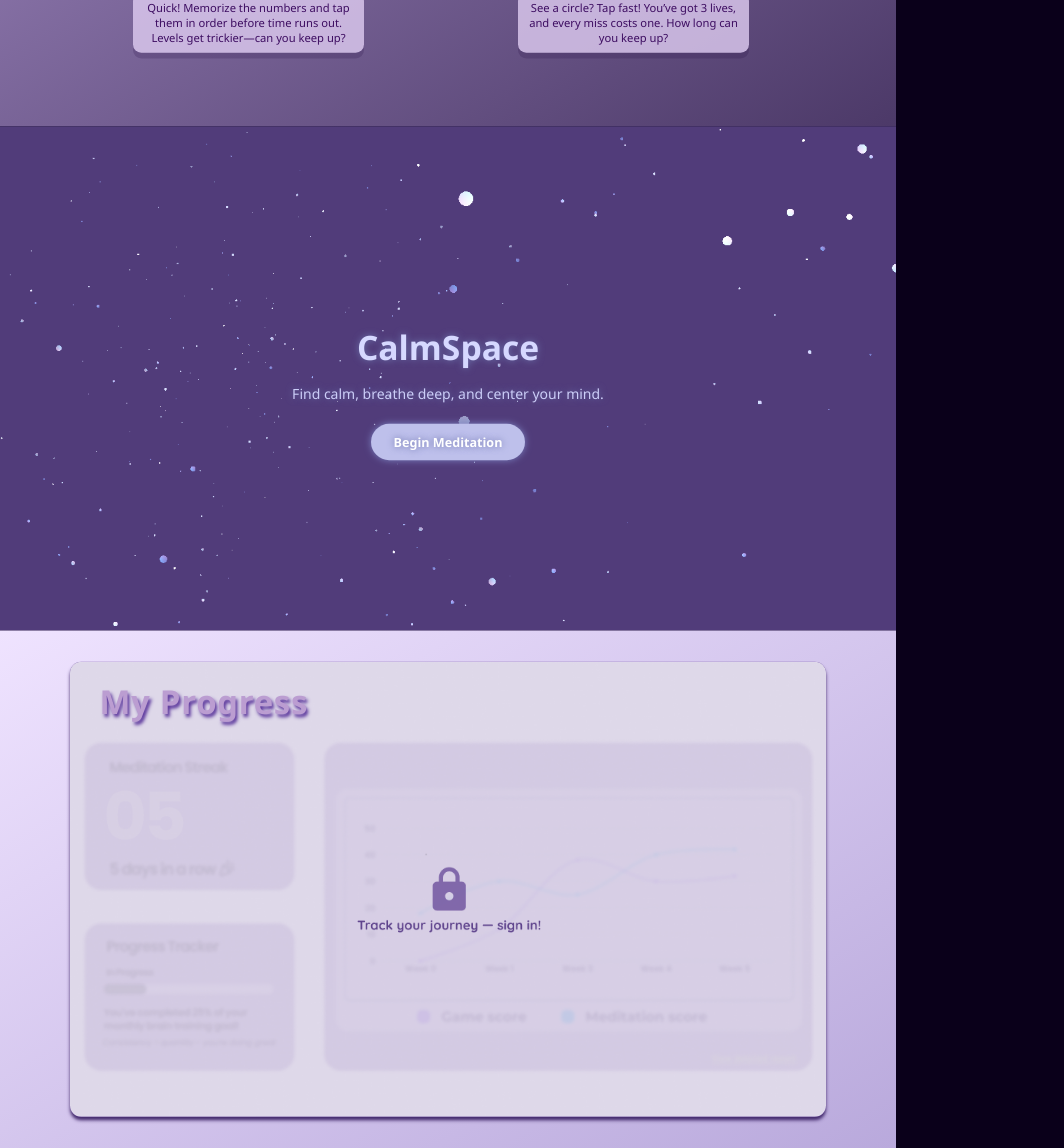
Repository: rujularaut/CogniCare
Page: /
The author's editor kept a copy of each file at every save. The page is drawn from the files as they stood at one save, then again after a run of saves.
The browser window is 1280 px wide. The page is 1520 px wide, so the pictures cover 1520 px, including what lies to the right of the window. The pictures show the part of the page from y = 1369 to 3009 px (the page is 3009 px tall), at 70% of full size.
The project was rebuilt for these pictures with package versions that can differ from the ones it lists, and the page was loaded fresh each time. Also part of the build but not shown: src/components/RecallGame.js, src/components/ReactionGame.js, src/components/MeditationRoom.css, src/components/Signup.css, src/components/Signup.js, src/components/Login.css, src/components/Login.js, src/components/Stepper.css and 5 more.

Above is the page before, as saved 2025-06-28 21:44:59.

### public/index.html
<!DOCTYPE html>
<html lang="en">
  <head>
    <link href="https://fonts.googleapis.com/css2?family=Anton:wght@500&display=swap" rel="stylesheet">

    <meta charset="utf-8" />
    <link rel="icon" href="%PUBLIC_URL%/favicon.ico" />
    <meta name="viewport" content="width=device-width, initial-scale=1" />
    <meta name="theme-color" content="#000000" />
    <meta
      name="description"
      content="Web site created using create-react-app"
    />
    <link rel="apple-touch-icon" href="%PUBLIC_URL%/logo192.png" />
    <!--
      manifest.json provides metadata used when your web app is installed on a
      user's mobile device or desktop. See https://developers.google.com/web/fundamentals/web-app-manifest/
    -->
    <link rel="manifest" href="%PUBLIC_URL%/manifest.json" />
    <!--
      Notice the use of %PUBLIC_URL% in the tags above.
      It will be replaced with the URL of the `public` folder during the build.
      Only files inside the `public` folder can be referenced from the HTML.

      Unlike "/favicon.ico" or "favicon.ico", "%PUBLIC_URL%/favicon.ico" will
      work correctly both with client-side routing and a non-root public URL.
      Learn how to configure a non-root public URL by running `npm run build`.
    -->
    <title>React App</title>
  </head>
  <body>
    <noscript>You need to enable JavaScript to run this app.</noscript>
    <div id="root"></div>
    <!--
      This HTML file is a template.
      If you open it directly in the browser, you will see an empty page.

      You can add webfonts, meta tags, or analytics to this file.
      The build step will place the bundled scripts into the <body> tag.

      To begin the development, run `npm start` or `yarn start`.
      To create a production bundle, use `npm run build` or `yarn build`.
    -->
  </body>
</html>

### src/App.js
import React, { useRef, useEffect } from 'react';
import { BrowserRouter as Router, Routes, Route, useLocation } from 'react-router-dom';
import { useInView } from 'framer-motion';
import { FaHome, FaBrain, FaSpa, FaChartBar, FaEnvelope } from 'react-icons/fa';
import RecallGame from './components/RecallGame';
import ReactionGame from './components/ReactionGame';
import Progress from './components/Progress';

import './App.css';
import Welcome from './components/Welcome';
import Meditation from './components/Meditation';
import Signup from './components/Signup';
import Login from './components/Login';
import SignupStepper from './components/SignupStepper';
import MeditationRoom from './components/MeditationRoom';
import MindPlay from './components/MindPlay';

function ScrollToSection() {
  const location = useLocation();

  useEffect(() => {
    const hasHash = location.hash;

    if (hasHash) {
      const section = document.querySelector(hasHash);
      if (section) {
        setTimeout(() => {
          section.scrollIntoView({ behavior: 'smooth' });
        }, 100);
      }
    }
  }, [location]);

  return null;
}

function AppContent() {
  const mindplayRef = useRef(null);
  const calmspaceRef = useRef(null);
  const welcomeRef = useRef(null);

  const isWelcomeInView = useInView(welcomeRef, { amount: 0.6 });
  const isMindplayInView = useInView(mindplayRef, { amount: 0.3, once: false });
  const isCalmspaceInView = useInView(calmspaceRef, { amount: 0.3, once: false });

  const location = useLocation();
  const hash = location.hash;
  const isOnHomePage = location.pathname === '/';

  const showFloatingNav = isOnHomePage &&
    !isWelcomeInView &&
    (isMindplayInView || isCalmspaceInView || hash === '#mindplay' || hash === '#calmspace-section' || hash === '#myprogress');

  return (
    <>
      <ScrollToSection />

      {/* ✅ Floating nav only for mindplay/calmspace/progress */}
      {showFloatingNav && (
        <div className="floating-nav-vertical">
          <a href="/" data-tooltip="Home"><FaHome /></a>
          <a href="#mindplay" data-tooltip="MindPlay"><FaBrain /></a>
          <a href="#calmspace-section" data-tooltip="CalmSpace"><FaSpa /></a>
          <a href="#myprogress" data-tooltip="Progress"><FaChartBar /></a>
          <a href="#" data-tooltip="Contact"><FaEnvelope /></a>
        </div>
      )}

      {/* ✅ TOP navbar — always visible */}
      <nav>
        <div className="logo">CogniCare</div>
        <ul>
          <li><a href="/">Home</a></li>
          <li><a href="#mindplay">MindPlay</a></li>
          <li><a href="#calmspace-section">CalmSpace</a></li>
          <li><a href="#myprogress">MyProgress</a></li>
          <li><a href="#">Contact</a></li>
        </ul>
      </nav>

      <Routes>
        <Route path="/" element={
          <>
            <header>
              <h1>Welcome to CogniCare</h1>
              <p>Your mental health companion</p>
            </header>

            <div ref={welcomeRef}>
              <Welcome />
            </div>

            <div ref={mindplayRef} id="mindplay">
              <MindPlay />
            </div>

            <div ref={calmspaceRef} id="calmspace-section">
              <Meditation />
            </div>

            <div id="myprogress">
              <Progress />
            </div>
          </>
        } />

        <Route path="/signup" element={<SignupStepper />} />
        <Route path="/login" element={<Login />} />
        <Route path="/meditationroom" element={<MeditationRoom />} />
        <Route path="/recall" element={<RecallGame />} />
        <Route path="/reaction" element={<ReactionGame />} />
      </Routes>
    </>
  );
}


function App() {
  return (
    <Router>
      <div className="App">
        <AppContent />
      </div>
    </Router>
  );
}

export default App;

### src/components/Progress.js
import React from 'react';
import './Progress.css';
import progress from '../assets/progress.png';


const Progress = () => {
  return (
    <section className="progress-section" id="myprogress">

      <div className="progress-box">
  <img src={progress} alt="Progress Background" className="progress-image" />

  <div className="progress-header">
    <h2>My Progress</h2>
  </div>

  <div className="progress-content">
    <div className="left-panel">
      {/* other content */}
    </div>
    <div className="main-area">
      {/* other content */}
    </div>
  </div>
</div>

    </section>
  );
};

export default Progress;

### src/App.css
body {
  margin: 0;
  padding: 0;
  font-family: 'Segoe UI', sans-serif;
  background-color: #0a001a;
  color: #d6d8ff;
}

nav {
  background-color: #412e69;
  color: #d6d8ff;
  display: flex;
  justify-content: space-between;
  align-items: center;
  padding: 10px 30px;
  box-shadow: 0 0 15px #a9b0ff20;
}

.logo {
  font-size: 24px;
  font-weight: bold;
  color: #d6d8ff;
  text-shadow: 0 0 6px #8b92d7;
}

nav ul {
  list-style: none;
  display: flex;
  gap: 24px;
  margin: 0;
  padding: 0;
}

nav ul li a {
  text-decoration: none;
  color: #c0c2e0;
  font-weight: 500;
  transition: color 0.3s ease;
}

nav ul li a:hover {
  color: #f7c258;
  text-shadow: 0 0 6px #a9b0ff;
}

header {
  background-color: #513c7a;
  padding: 5px;
  text-align: center;
  border-bottom: 6px solid #412e69;
}

h1 {
  margin-bottom: 10px;
  font-size: 45px;
  color: #d6d8ff;
  text-shadow: 0 0 10px #6c72ac;
}

p {
  font-size: 17px;
  color: #d6d8ff;
}

.floating-nav-vertical {
  position: fixed;
  top: 50%;
  left: 1rem;
  transform: translateY(-50%);
  display: flex;
  flex-direction: column;
  gap: 1rem;
  background-color: #a292c218;
  padding: 1rem;
  border-radius: 12px;
  z-index: 999;
  box-shadow: 0 4px 12px rgba(0, 0, 0, 0.25);
}

.floating-nav-vertical a {
  color: #3e2e63e7;
  font-size: 24px;
  margin: 12px 0;
  text-decoration: none;
  font-weight: 500;
  display: flex;
  align-items: center;
  gap: 6px;
  transition: color 0.2s, transform 0.2s;
  padding: 2px 5px;
  border-radius: 8px;
}

.floating-nav-vertical a:hover {
  color: #e7ddff; /* or your glow color */
  text-shadow: 0 0 6px #a9b0ff;
  transform: scale(1.2);
}

.floating-nav-vertical a:focus {
  outline: none;
}

.floating-nav-vertical a::after {
  content: attr(data-tooltip); /* 👈 sets tooltip from data-tooltip attribute */
  position: absolute;
  left: 130%; /* right of icon */
  top: 50%;
  transform: translateY(-50%);
  background-color: #513c7a;
  color: #fff;
  padding: 4px 8px;
  border-radius: 6px;
  white-space: nowrap;
  font-size: 12px;
  opacity: 0;
  pointer-events: none;
  transition: opacity 0.2s ease;
}

.floating-nav-vertical a:hover::after {
  opacity: 1;
}

### src/components/Welcome.js
import React from 'react';
import './Welcome.css';
import welcomeImg from '../assets/welcome.png';
import { Link } from 'react-router-dom';

const Welcome = () => {
  return (
    <section className="welcome">
      <div className="welcome-content">
        <img src={welcomeImg} alt="Welcome Illustration" className="welcome-img" />
        <Link to="/signup" className="start-btn">Get Started</Link> {/* ✅ Fixed */}
      </div>
    </section>
  );
};

export default Welcome;

### src/components/Meditation.js
import React from 'react';
import Particles from './Particles';
import './Meditation.css';
import { Link } from 'react-router-dom';
import './MeditationRoom.css';


const Meditation = () => {
  return (
    <section className="meditation-section">
      <Particles
        particleColors={['#cdd0fc', '#a9b0ff']}
        particleCount={680}
        particleSpread={11}
        speed={0.1}
        particleBaseSize={100}
        moveParticlesOnHover={false}
        alphaParticles={false}
      />
      <div className="meditation-content">
        <h2>CalmSpace</h2>
        <p>Find calm, breathe deep, and center your mind.</p>
        <Link to="/meditationroom" className="meditate-btn">Begin Meditation</Link>
      </div>
    </section>
  );
};

export default Meditation;

### src/components/MindPlay.js
import React, { useRef } from 'react';
import './MindPlay.css';
import DecryptedText from './DecryptedText';
import { motion, useInView } from 'framer-motion';
import TiltedCard from './TiltedCard';
import recallImg from '../assets/recall.png';
import reactionImg from '../assets/reaction.png';
import { useNavigate } from 'react-router-dom';

const MindPlay = () => {
  const ref = useRef(null);
  const isInView = useInView(ref, { once: true, margin: '-100px' });
  const navigate = useNavigate();

  return (
    <section className="mindplay-section" id="mindplay" ref={ref}>
      <div className="mindplay-heading">
        <motion.div
          initial={{ opacity: 0, y: 40 }}
          animate={isInView ? { opacity: 1, y: 0 } : {}}
          transition={{ duration: 1.2, ease: 'easeOut' }}
        >
          <DecryptedText
            text="MINDPLAY"
            animateOn="view"
            revealDirection="center"
            speed={200}
            maxIterations={60}
            sequential={true}
            className="revealed"
            encryptedClassName="encrypted"
          />
        </motion.div>
      </div>

      <div className="mindplay-cards">
        <div className="card-with-text">
        <TiltedCard
          imageSrc={recallImg}
          altText="Number Recall Game"
          captionText="Click to play"
          containerHeight="350px"
          containerWidth="320px"
          imageHeight="350px"
          imageWidth="300px"
          rotateAmplitude={12}
          scaleOnHover={1.1}
          showTooltip={true}
          displayOverlayContent={true}
          overlayContent={<p className="tilted-card-demo-text">Number Recall</p>}
          onClick={() => navigate('/recall')}

        />
        <p className="card-description">Quick! Memorize the numbers and tap them in order before time runs out. Levels get trickier—can you keep up?</p>
  </div>


  <div className="card-with-text">
        <TiltedCard
          imageSrc={reactionImg}
          altText="Reaction Game"
          captionText="Click to play"
          containerHeight="350px"
          containerWidth="320px"
          imageHeight="350px"
          imageWidth="300px"
          rotateAmplitude={12}
          scaleOnHover={1.1}
          showTooltip={true}
          displayOverlayContent={true}
          overlayContent={<p className="tilted-card-demo-text">Circle Tap</p>}
          onClick={() => navigate('/reaction')}
        />
        <p className="card-description">See a circle? Tap fast! You’ve got 3 lives, and every miss costs one. How long can you keep up?</p>

      </div>
    </div>
    </section>
  );
};

export default MindPlay;

### src/components/Progress.css
.progress-section {
  min-height: auto; /* Optional: remove full-height */
  padding: 5px 40px;
  background: linear-gradient(to bottom right, #efe3ff, #b9a9dc);
  color: #3f1262;
  text-align: center;
  display: flex;
  flex-direction: column;
  align-items: center;
  justify-content: flex-start; /* Change to flex-start so it stacks from top */
}

.progress-box {
  position: relative;
  margin: 40px auto;
  width: 90%;
  max-width: 1200px;
  height: 650px;
  background-color: #70549fc0;
  border-radius: 16px;
  box-shadow: 0px 5px 5px #42296c;
  display: flex;
  align-items: stretch;
  justify-content: flex-start;
  font-size: 20px;
  color: #cfc1e6;
  font-weight: 600;
  overflow: hidden;
  flex-direction: column;
}

.progress-header {
  align-self: flex-start;
}

.progress-header h2 {
  font-size: 47px;
  color: #bb9dd1;
  margin: 25px 0 0 42px;
  text-shadow: 3px 4px 5px #5b369c;
  font-weight: 700;
  letter-spacing: 1px;
}

.progress-image {
  position: absolute;
  top: 0;
  left: 0;
  width: 100%;
  height: 100%;
  object-fit: cover; /* Or 'contain' depending on effect you want */
  z-index: 0;
  border-radius: 16px; /* Match .progress-box */
}

/* Ensure other content appears above the image */
.progress-box > *:not(.progress-image) {
  position: relative;
  z-index: 1;
}

### src/components/Welcome.css
.welcome {
  height: 70vh;
  display: flex;
  align-items: center;
  justify-content: center;
  background: linear-gradient(to bottom right, #f8f1fd, #d2caf4);
  text-align: center;
  padding: 10px;
}

.welcome-content {
  display: flex;
  flex-direction: row;
  align-items: center;
  gap: 220px;
}

.welcome-img {
  max-width: 520px;
  width: 100%;
  height: auto;
  animation: fadeIn 1.5s ease;
}

.start-btn {
  background-color: #5a4386;
  color: #f8f1fd;
  padding: 16px 40px;
  border-radius: 30px;
  text-decoration: none;
  font-weight: bold;
  font-size: 20px;
  transition: background-color 0.3s ease, transform 0.2s ease;
  box-shadow: 0 0 20px #cab0ff;
}

.start-btn:hover {
  background-color: #fbb967;
  transform: scale(1.05);
}

@keyframes fadeIn {
  from { opacity: 0; transform: translateY(20px); }
  to { opacity: 1; transform: translateY(0); }
}

### src/components/Meditation.css
.meditation-section {
  position: relative;
  width: 100%;
  height: 100vh;
  overflow: hidden;
  background-color: #513c7a;
  display: flex;
  justify-content: center;
  align-items: center;
  text-align: center;
}

.meditation-content {
  position: relative;
  z-index: 1;
  color: #d6d8ff;
  text-shadow: 0 0 10px #6c72ac;
}

.meditation-content h2 {
  font-size: 48px;
  margin-bottom: 10px;
}

.meditation-content p {
  font-size: 20px;
  margin-bottom: 30px;
  color: #cccef8;
}


.meditate-btn {
  text-decoration: none;
  color: #fff;
  background-color: #bec0eb;
  padding: 14px 32px;
  border-radius: 30px;
  font-size: 18px;
  font-weight: bold;
  box-shadow: 0 0 10px #7b82c0;
  transition: background-color 0.3s ease, transform 0.2s ease;
  display: inline-block;
}

.meditate-btn:hover {
  background-color: #dcdeff;
  color: #744fab;
  transform: scale(1.05);
  text-decoration: none;
}

### src/components/MindPlay.css
.mindplay-section {
  padding: 80px 40px;
  background: linear-gradient(to bottom right, #a790c8, #4c3968);
  color: #e1c3f8;
  position: relative;
  min-height: 90vh;
  text-align: center;
}

.mindplay-heading {
  width: 100%;
  text-align: center;
  margin-top: -80px;
  margin-bottom: 60px;
  margin-left: 40px;
}

.mindplay-layout {
  display: flex;
  align-items: center;
  justify-content: center;
  gap: 80px;
  flex-wrap: wrap;
  min-height: 70vh;
}

.vertical-decrypt {
  writing-mode: vertical-rl;
  text-orientation: upright;
  font-family: 'Anton', sans-serif;
  font-size: 50px;
  font-weight: 900;
  letter-spacing: 0px;
  line-height: 1.2;
  color: #412e69;
  text-shadow: 0 0 15px #d2c7ec;
  cursor: pointer;
  display: flex;
  align-items:center;
  justify-content:center;
  height: 80vh;
  padding: 0px 10px;
  margin-bottom: 20px;
}

.mindplay-cards {
  display: flex;
  gap: 200px;
  flex-wrap: wrap;
  justify-content: center;
  align-items: flex-start;
}


.revealed {
  font-size: 120px;
  text-align: center;
  letter-spacing: 100px;
  font-weight: 900;
  color: #3a1357;
  text-shadow: 0 5px 0 #665590;
}

.encrypted {
  font-size: 120px;
  font-weight: 900;
  letter-spacing: 100px;
  color: #cdbcf2;
  opacity: 0.5;
}

.tilted-card-demo-text {
  font-size: 18px;
  color: #ffffff;
  background-color: rgba(81, 60, 122, 0.9);
  padding: 8px 12px;
  border-radius: 10px;
  text-align: center;
}

.card-with-text {
  display: flex;
  flex-direction: column;
  align-items: center;
  max-width: 350px;
  text-align: center;
}

.card-description {
  margin-top: 12px;
  margin-right: 20px;
  font-size: 16px;
  font-weight: 500;
  color: #3d0d61;
  background-color: #dfccf2cc;
  padding: 10px 14px;
  border-radius: 12px;
  box-shadow: 0 8px 0px rgba(38, 10, 67, 0.2);
}

### src/components/TiltedCard.js
import './TiltedCard.css';

import { useRef, useState } from "react";
import { motion, useMotionValue, useSpring } from "framer-motion";
import "./TiltedCard.css";

const springValues = {
  damping: 30,
  stiffness: 100,
  mass: 2,
};

export default function TiltedCard({
  imageSrc,
  altText = "Tilted card image",
  captionText = "",
  containerHeight = "300px",
  containerWidth = "100%",
  imageHeight = "300px",
  imageWidth = "300px",
  scaleOnHover = 1.1,
  rotateAmplitude = 14,
  showMobileWarning = true,
  showTooltip = true,
  overlayContent = null,
  displayOverlayContent = false,
  onClick,
}) {

  const ref = useRef(null);

  const x = useMotionValue();
  const y = useMotionValue();
  const rotateX = useSpring(useMotionValue(0), springValues);
  const rotateY = useSpring(useMotionValue(0), springValues);
  const scale = useSpring(1, springValues);
  const opacity = useSpring(0);
  const rotateFigcaption = useSpring(0, {
    stiffness: 350,
    damping: 30,
    mass: 1,
  });

  const [lastY, setLastY] = useState(0);

  function handleMouse(e) {
    if (!ref.current) return;

    const rect = ref.current.getBoundingClientRect();
    const offsetX = e.clientX - rect.left - rect.width / 2;
    const offsetY = e.clientY - rect.top - rect.height / 2;

    const rotationX = (offsetY / (rect.height / 2)) * -rotateAmplitude;
    const rotationY = (offsetX / (rect.width / 2)) * rotateAmplitude;

    rotateX.set(rotationX);
    rotateY.set(rotationY);

    x.set(e.clientX - rect.left);
    y.set(e.clientY - rect.top);

    const velocityY = offsetY - lastY;
    rotateFigcaption.set(-velocityY * 0.6);
    setLastY(offsetY);
  }

  function handleMouseEnter() {
    scale.set(scaleOnHover);
    opacity.set(1);
  }

  function handleMouseLeave() {
    opacity.set(0);
    scale.set(1);
    rotateX.set(0);
    rotateY.set(0);
    rotateFigcaption.set(0);
  }

  return (
    <figure
      ref={ref}
      onClick={onClick}
      className="tilted-card-figure"
      style={{
        height: containerHeight,
        width: containerWidth,
        cursor: 'pointer',
      }}
      onMouseMove={handleMouse}
      onMouseEnter={handleMouseEnter}
      onMouseLeave={handleMouseLeave}
    >
      {showMobileWarning && (
        <div className="tilted-card-mobile-alert">
          This effect is not optimized for mobile. Check on desktop.
        </div>
      )}

      <motion.div
        className="tilted-card-inner"
        style={{
          width: imageWidth,
          height: imageHeight,
          rotateX,
          rotateY,
          scale,
        }}
      >
        <motion.img
          src={imageSrc}
          alt={altText}
          className="tilted-card-img"
          style={{
            width: imageWidth,
            height: imageHeight,
          }}
        />

        {displayOverlayContent && overlayContent && (
          <motion.div
            className="tilted-card-overlay"
          >
            {overlayContent}
          </motion.div>
        )}
      </motion.div>

      {showTooltip && (
        <motion.figcaption
          className="tilted-card-caption"
          style={{
            x,
            y,
            opacity,
            rotate: rotateFigcaption,
          }}
        >
          {captionText}
        </motion.figcaption>
      )}
    </figure>
  );
}

### src/components/Particles.css
.particles-container {
  position: absolute;
  width: 100%;
  height: 100%;
  z-index: 0;
}

### src/components/TiltedCard.css
.tilted-card-figure {
  position: relative;
  width: 100%;
  height: 100%;
  perspective: 800px;
  display: flex;
  flex-direction: column;
  align-items: top;
  justify-content: center;
}

.tilted-card-mobile-alert {
  position: absolute;
  top: 1rem;
  text-align: center;
  font-size: 0.875rem;
  display: none;
}

@media (max-width: 640px) {
  .tilted-card-mobile-alert {
    display: block;
  }
  .tilted-card-caption {
    display: none;
  }
}

.tilted-card-inner {
  position: relative;
  transform-style: preserve-3d;
}

.tilted-card-img {
  position: absolute;
  top: 50;
  left: 0;
  object-fit: cover;
  border-radius: 20px;
  will-change: transform;
  transform: translateZ(0);
  box-shadow: 0 10px 15px #31224e;

}

.tilted-card-img:hover {
  filter: brightness(1.1) saturate(1.2);
  box-shadow: 0 0 15px #ffdca3;
  transition: all 0.3s ease;
}


.tilted-card-overlay {
  position: absolute;
  top: 0;
  left: 0;
  z-index: 2;
  will-change: transform;
  transform: translateZ(30px);
}

.tilted-card-caption {
  pointer-events: none;
  position: absolute;
  left: 0;
  top: 0;
  border-radius: 4px;
  background-color: #745f99;
  padding: 4px 10px;
  font-size: 15px;
  color: #f6eaff;
  opacity: 0;
  z-index: 3;
}

Loaded but not shown: src/index.js (common file); src/index.css (common file); src/components/Particles.js (230 lines, source omitted); src/components/DecryptedText.js (225 lines, source omitted)

After the next 4 saves:
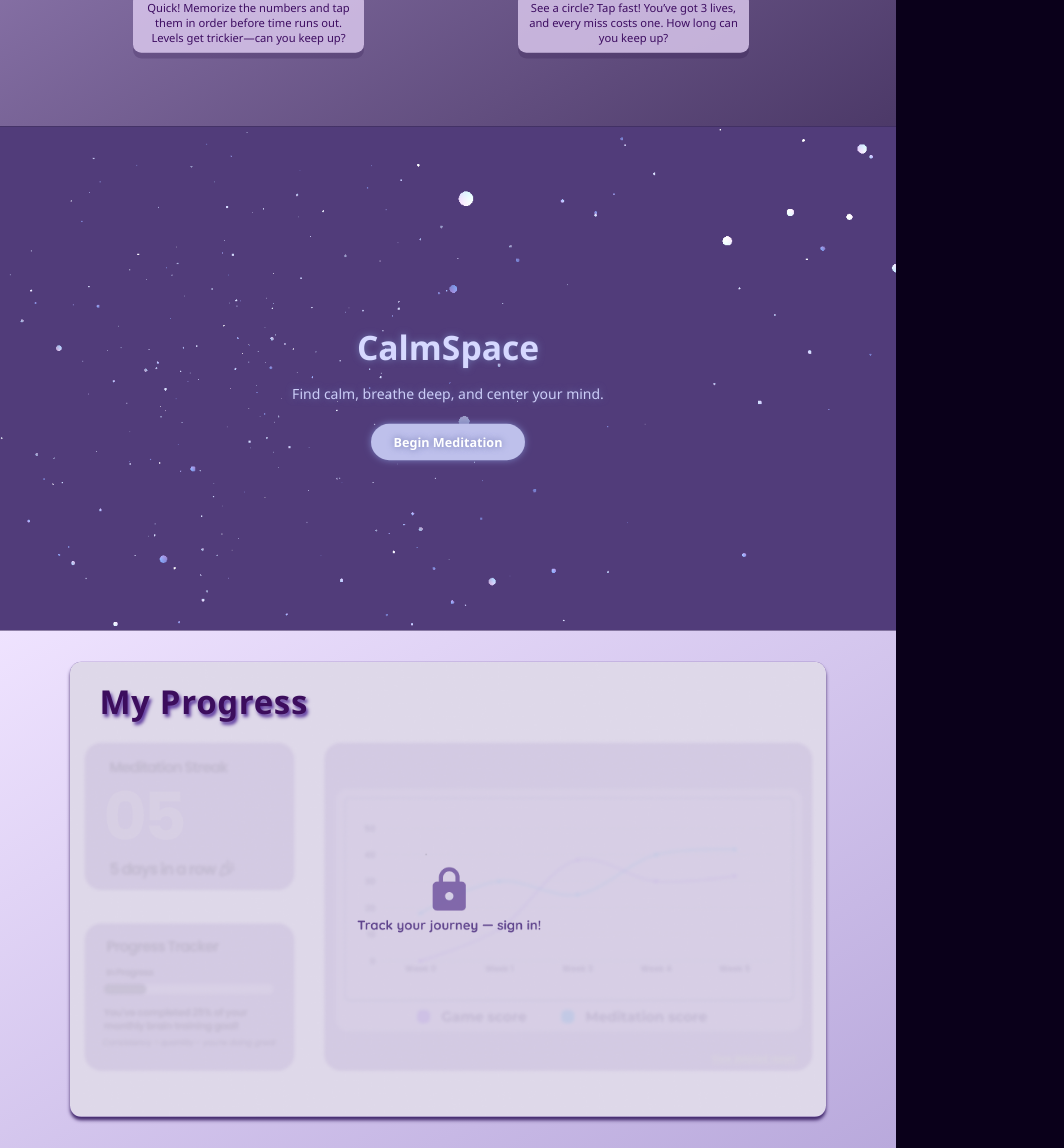
The 4 saves are shown as one change because they came seconds apart.
The last was saved 11 s later.
--- a/src/components/Progress.css
+++ b/src/components/Progress.css
@@ -35,7 +35,7 @@
 
 .progress-header h2 {
   font-size: 47px;
-  color: #bb9dd1;
+  color: #3c0d5d;
   margin: 25px 0 0 42px;
   text-shadow: 3px 4px 5px #5b369c;
   font-weight: 700;
